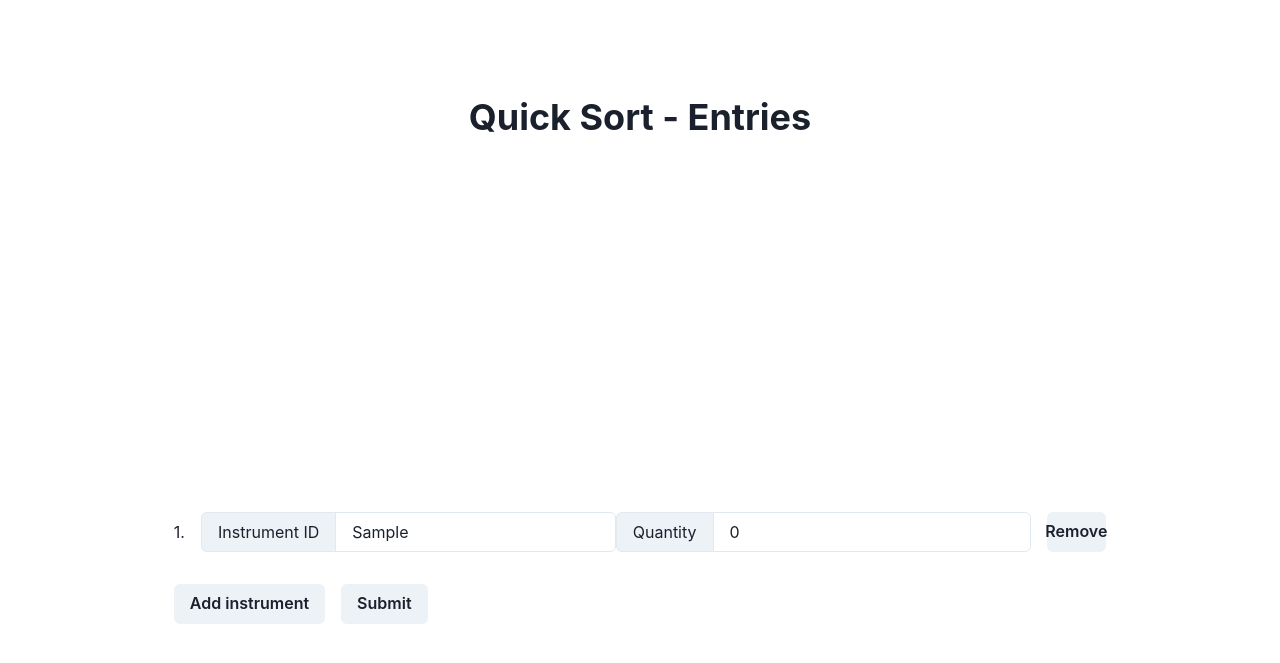
Repository: rohit-jindal18/stock-trailer
Page: /home
An editor plug-in stored every save of this project. The page is shown before and after the next save, followed by the edit.
The browser window is 1280 px wide. The pictures show the whole page.
The project was rebuilt for these pictures with package versions that can differ from the ones it lists, and the page was loaded fresh each time. The framework's server and built-in components were replaced by stand-ins that run in the browser. Also part of the build but not shown: next.config.js.

Above is the page before, as saved 2023-03-14 15:06:18.

### src/pages/_app.tsx
import '@stock-trailer/styles/globals.css'
import { ChakraProvider } from '@chakra-ui/react'
import type { AppProps } from 'next/app'

export default function App({ Component, pageProps }: AppProps) {
  return (
    <ChakraProvider>
      <Component {...pageProps} />
    </ChakraProvider>
  )
}

### src/pages/home.tsx
import { Box, Button, Heading, Input, InputGroup, InputLeftAddon, Text } from '@chakra-ui/react'
import styles from '@stock-trailer/styles/Home.module.css'
import { IInstrumentInfo } from '@stock-trailer/types'
import { Inter } from 'next/font/google'
import Head from 'next/head'
import { useState } from 'react'

const inter = Inter({ subsets: ['latin'] })

export default function Authorize() {
  const [instruments, setInstruments] = useState<IInstrumentInfo[]>([{
    id: 'Sample',
    qty: 0
  }]);

  const addMoreInstrument = () => {
    const newInstruments = [...instruments, {
      id: 'Sample',
      qty: 0
    }]
    setInstruments(newInstruments);
  }
  return (
    <>
      <Head>
        <title>Stock - Trailer</title>
        <meta name="description" content="Generated by create next app" />
        <meta name="viewport" content="width=device-width, initial-scale=1" />
        <link rel="icon" href="/favicon.ico" />
      </Head>
      <main className={styles.main}>
        <div className={styles.description}>
          <Heading>Quick Sort - Entries</Heading>
        </div>
        <Box>
          {
            instruments.map((instrument, index) => {
              return (
                <Box marginY={'16px'} display={'flex'} alignItems='center' key={`qs-${index}`} >
                  <Text mr={'16px'}>{index + 1}.</Text>
                  <InputGroup>
                    <InputLeftAddon children='Instrument ID' />
                    <Input placeholder='Enter' title='Instrument Id' display={'Instrument Id'} value={instrument.id} onChange={(event) => {
                      const newInstruments = [
                        ...instruments
                      ]
                      newInstruments[index].id = event.target.value
                      setInstruments(newInstruments);
                    }} />
                  </InputGroup>
                  <InputGroup>
                    <InputLeftAddon children='Quantity' />
                    <Input placeholder='Enter' value={instrument.qty} onChange={(event) => {
                      const newInstruments = [
                        ...instruments
                      ]
                      newInstruments[index].qty = +event.target.value
                      setInstruments(newInstruments);
                    }} />
                  </InputGroup>
                  <Button variant={'solid'} ml={'16px'}>Remove</Button>
                </Box>
              );
            })
          }
          <Box>
            <Button mr={'16px'} variant={'solid'} mt={'16px'} onClick={addMoreInstrument}>Add instrument</Button>
            <Button variant={'solid'} mt={'16px'}>Submit</Button>
          </Box>
        </Box>
      </main>
    </>
  )
}

### src/styles/Home.module.css
.main {
  display: flex;
  flex-direction: column;
  justify-content: space-between;
  align-items: center;
  padding: 6rem;
  min-height: 100vh;
}

.description {
  display: flex;
  justify-content: center;
  align-items: center;
  height: 100%;
  font-size: 0.85rem;
  max-width: var(--max-width);
  width: 100%;
  z-index: 2;
  font-family: var(--font-mono);
}

.description a {
  display: flex;
  justify-content: center;
  align-items: center;
  gap: 0.5rem;
}

.description p {
  position: relative;
  margin: 0;
  padding: 1rem;
  background-color: rgba(var(--callout-rgb), 0.5);
  border: 1px solid rgba(var(--callout-border-rgb), 0.3);
  border-radius: var(--border-radius);
}

.code {
  font-weight: 700;
  font-family: var(--font-mono);
}

.grid {
  display: grid;
  grid-template-columns: repeat(4, minmax(25%, auto));
  width: var(--max-width);
  max-width: 100%;
}

.card {
  padding: 1rem 1.2rem;
  border-radius: var(--border-radius);
  background: rgba(var(--card-rgb), 0);
  border: 1px solid rgba(var(--card-border-rgb), 0);
  transition: background 200ms, border 200ms;
}

.card span {
  display: inline-block;
  transition: transform 200ms;
}

.card h2 {
  font-weight: 600;
  margin-bottom: 0.7rem;
}

.card p {
  margin: 0;
  opacity: 0.6;
  font-size: 0.9rem;
  line-height: 1.5;
  max-width: 30ch;
}

.center {
  display: flex;
  justify-content: center;
  align-items: center;
  position: relative;
  padding: 4rem 0;
}

.center::before {
  background: var(--secondary-glow);
  border-radius: 50%;
  width: 480px;
  height: 360px;
  margin-left: -400px;
}

.center::after {
  background: var(--primary-glow);
  width: 240px;
  height: 180px;
  z-index: -1;
}

.center::before,
.center::after {
  content: '';
  left: 50%;
  position: absolute;
  filter: blur(45px);
  transform: translateZ(0);
}

.logo,
.thirteen {
  position: relative;
}

.thirteen {
  display: flex;
  justify-content: center;
  align-items: center;
  width: 75px;
  height: 75px;
  padding: 25px 10px;
  margin-left: 16px;
  transform: translateZ(0);
  border-radius: var(--border-radius);
  overflow: hidden;
  box-shadow: 0px 2px 8px -1px #0000001a;
}

.thirteen::before,
.thirteen::after {
  content: '';
  position: absolute;
  z-index: -1;
}

/* Conic Gradient Animation */
.thirteen::before {
  animation: 6s rotate linear infinite;
  width: 200%;
  height: 200%;
  background: var(--tile-border);
}

/* Inner Square */
.thirteen::after {
  inset: 0;
  padding: 1px;
  border-radius: var(--border-radius);
  background: linear-gradient(
    to bottom right,
    rgba(var(--tile-start-rgb), 1),
    rgba(var(--tile-end-rgb), 1)
  );
  background-clip: content-box;
}

/* Enable hover only on non-touch devices */
@media (hover: hover) and (pointer: fine) {
  .card:hover {
    background: rgba(var(--card-rgb), 0.1);
    border: 1px solid rgba(var(--card-border-rgb), 0.15);
  }

  .card:hover span {
    transform: translateX(4px);
  }
}

@media (prefers-reduced-motion) {
  .thirteen::before {
    animation: none;
  }

  .card:hover span {
    transform: none;
  }
}

/* Mobile */
@media (max-width: 700px) {
  .content {
    padding: 4rem;
  }

  .grid {
    grid-template-columns: 1fr;
    margin-bottom: 120px;
    max-width: 320px;
    text-align: center;
  }

  .card {
    padding: 1rem 2.5rem;
  }

  .card h2 {
    margin-bottom: 0.5rem;
  }

  .center {
    padding: 8rem 0 6rem;
  }

  .center::before {
    transform: none;
    height: 300px;
  }

  .description {
    font-size: 0.8rem;
  }

  .description a {
    padding: 1rem;
  }

  .description p,
  .description div {
    display: flex;
    justify-content: center;
    position: fixed;
    width: 100%;
  }

  .description p {
    align-items: center;
    inset: 0 0 auto;
    padding: 2rem 1rem 1.4rem;
    border-radius: 0;
    border: none;
    border-bottom: 1px solid rgba(var(--callout-border-rgb), 0.25);
    background: linear-gradient(
      to bottom,
      rgba(var(--background-start-rgb), 1),
      rgba(var(--callout-rgb), 0.5)
    );
    background-clip: padding-box;
    backdrop-filter: blur(24px);
  }

  .description div {
    align-items: flex-end;
    pointer-events: none;
    inset: auto 0 0;
    padding: 2rem;
    height: 200px;
    background: linear-gradient(
      to bottom,
      transparent 0%,
      rgb(var(--background-end-rgb)) 40%
    );
    z-index: 1;
  }
}

/* Tablet and Smaller Desktop */
@media (min-width: 701px) and (max-width: 1120px) {
  .grid {
    grid-template-columns: repeat(2, 50%);
  }
}

@media (prefers-color-scheme: dark) {
  .vercelLogo {
    filter: invert(1);
  }

  .logo,
  .thirteen img {
    filter: invert(1) drop-shadow(0 0 0.3rem #ffffff70);
  }
}

@keyframes rotate {
  from {
    transform: rotate(360deg);
  }
  to {
    transform: rotate(0deg);
  }
}

Loaded but not shown: src/pages/_document.tsx (common file); src/styles/globals.css (common file)

After the next save:
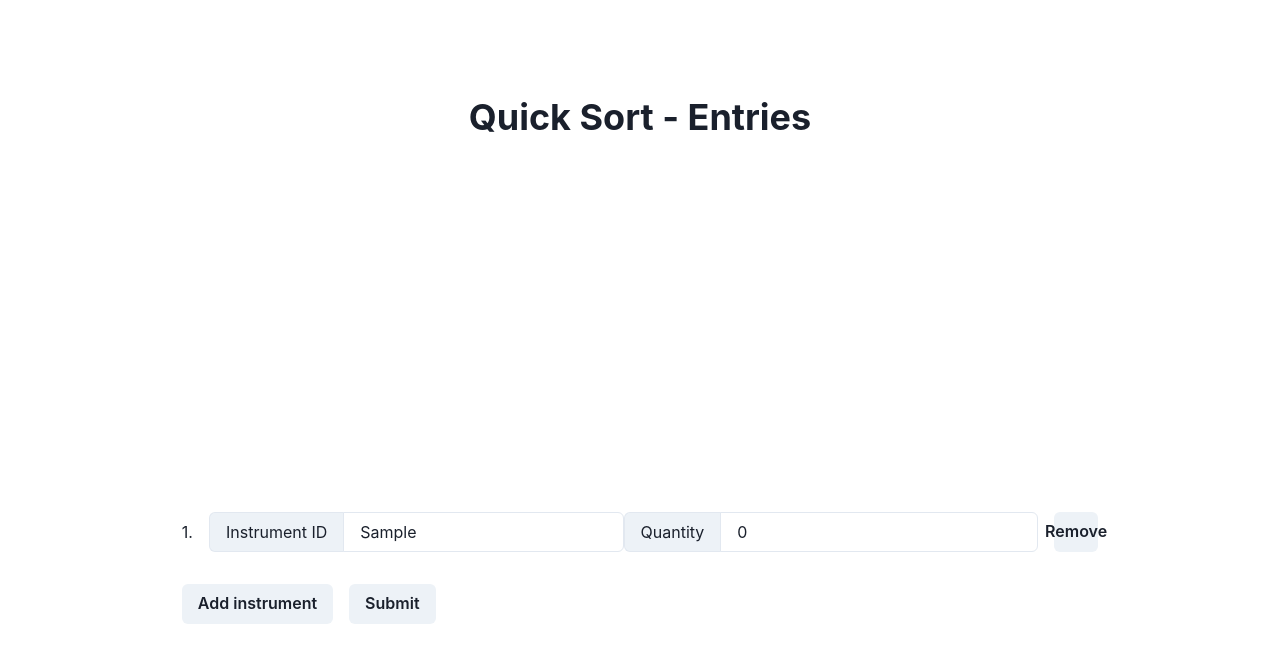
Saved 12 s later.
--- a/src/pages/home.tsx
+++ b/src/pages/home.tsx
@@ -58,7 +58,7 @@ export default function Authorize() {
                       setInstruments(newInstruments);
                     }} />
                   </InputGroup>
-                  <Button variant={'solid'} ml={'16px'}>Remove</Button>
+                  <Button variant={'solid'} paddingX='8px' ml={'16px'}>Remove</Button>
                 </Box>
               );
             })
